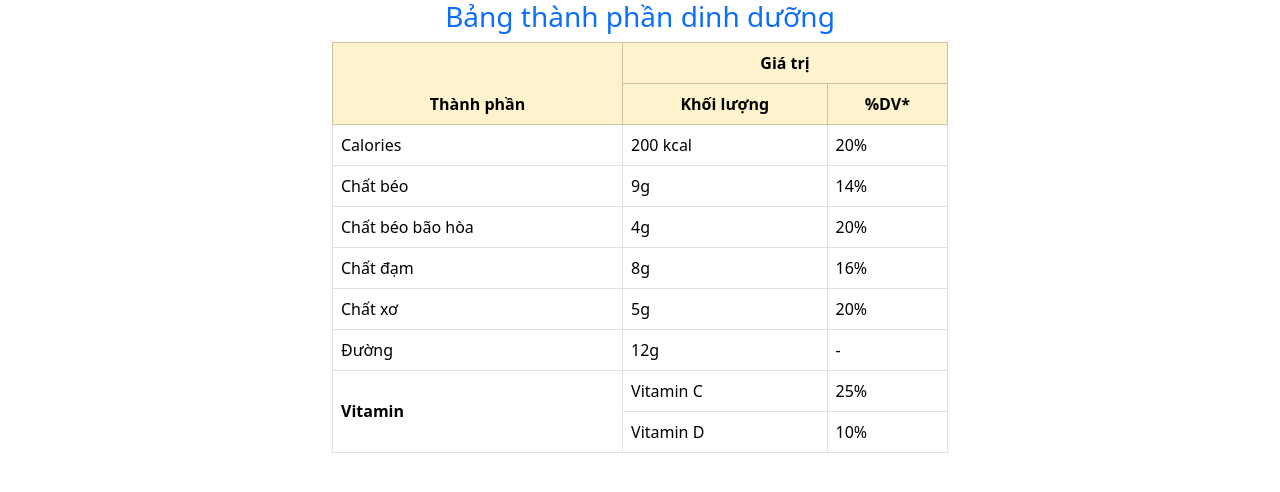
Repository: KizukoHeiwa/SOF308
Page: Lab2/bai1.html
An editor plug-in stored every save of this project. The page is shown before and after the next save, followed by the edit.
The browser window is 1280 px wide. The pictures show the whole page.

Above is the page before, as saved 2024-11-07 10:12:14.

After the next save:
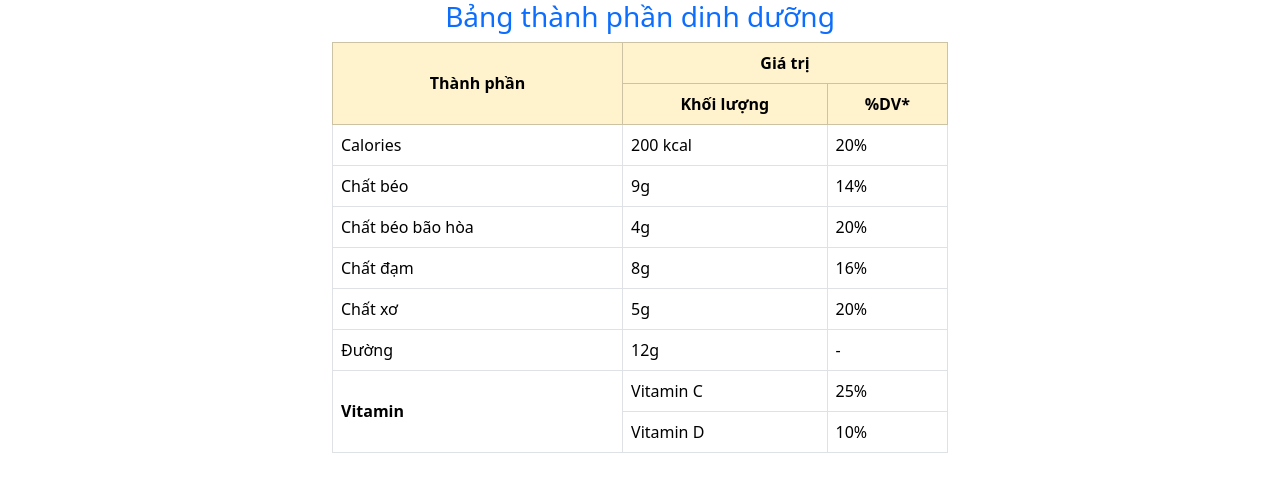
Saved 7 s later.
--- a/Lab2/bai1.html
+++ b/Lab2/bai1.html
@@ -11,7 +11,7 @@
     <div class="container-fluid w-50">
         <h3 class="text-center text-primary">Bảng thành phần dinh dưỡng</h3>
         <table class="table table-bordered align-middle">
-            <thead class="table-warning text-center">
+            <thead class="table-warning text-center align-middle">
                 <tr>
                     <th rowspan="2">Thành phần</th>
                     <th colspan="2">Giá trị</th>
